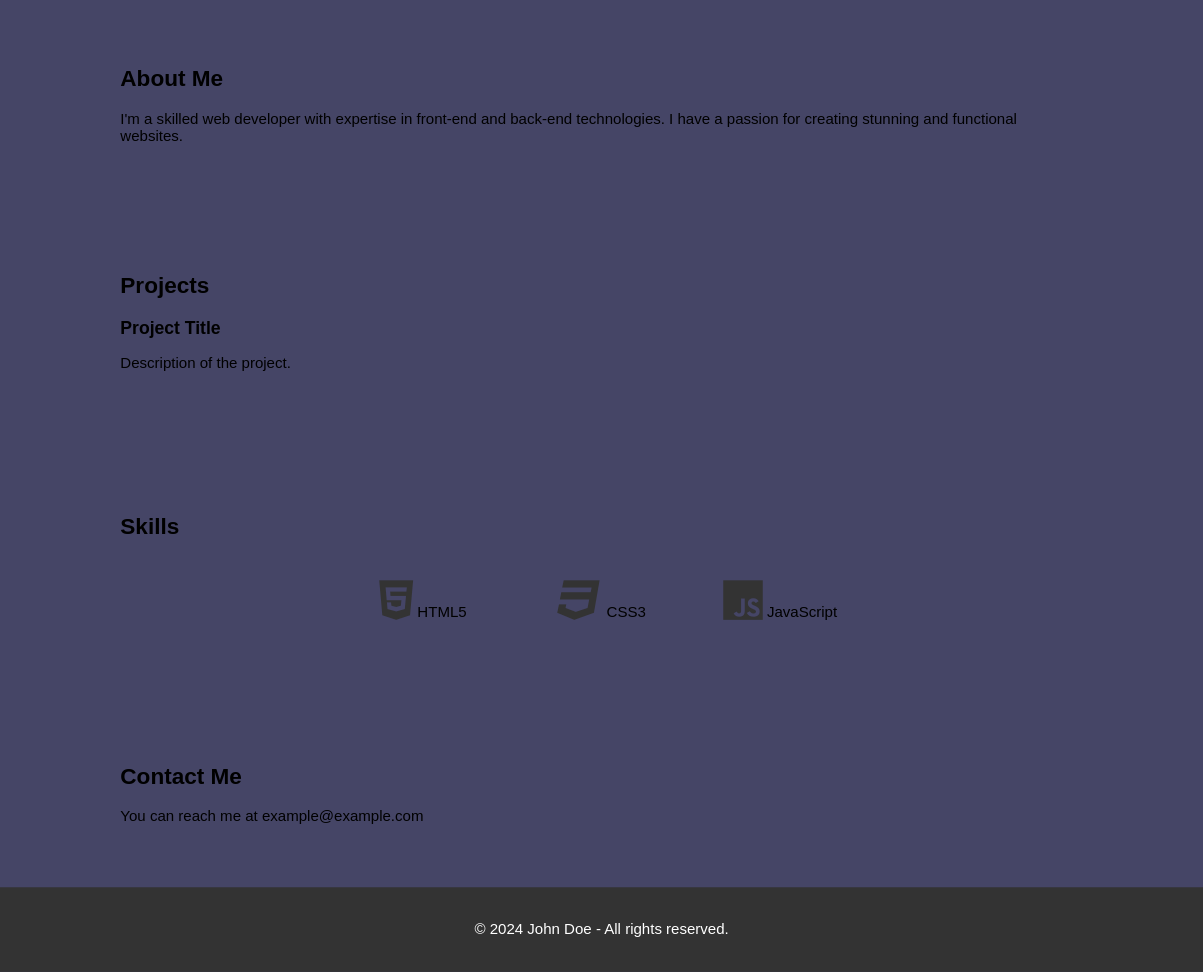
Repository: JaswanthT1/Portfolio
Page: index.html
The author's editor kept a copy of each file at every save. The page is drawn from the files as they stood at one save, then again after a run of saves.
The browser window is 1280 px wide. The pictures show the part of the page from y = 718 to 1752 px (the page is 1752 px tall), at 94% of full size.

Above is the page before, as saved 2024-04-25 08:35:15.
Not found: script.js

### index.html
<!DOCTYPE html>
<html lang="en">
  <head>
    <meta charset="UTF-8" />
    <meta name="viewport" content="width=device-width, initial-scale=1.0" />
    <title>My Premium Portfolio</title>
    <link rel="stylesheet" href="style.css" />
    <link
      rel="stylesheet"
      href="https://cdnjs.cloudflare.com/ajax/libs/font-awesome/5.15.4/css/all.min.css"
    />
  </head>
  <body>
    <header>
      <div class="container">
        <h1>John Doe</h1>
        <nav>
          <ul>
            <li><a href="#about">About</a></li>
            <li><a href="#projects">Projects</a></li>
            <li><a href="#skills">Skills</a></li>
            <li><a href="#contact">Contact</a></li>
          </ul>
        </nav>
      </div>
    </header>

    <section id="hero">
      <div class="hero-content">
        <h2>Welcome to My Premium Portfolio</h2>
        <p>I'm a passionate developer ready to bring your projects to life.</p>
        <a href="#contact" class="btn">Hire Me</a>
      </div>
    </section>

    <section id="about">
      <div class="container">
        <h2>About Me</h2>
        <p>
          I'm a skilled web developer with expertise in front-end and back-end
          technologies. I have a passion for creating stunning and functional
          websites.
        </p>
      </div>
    </section>

    <section id="projects">
      <div class="container">
        <h2>Projects</h2>
        <div class="project">
          <h3>Project Title</h3>
          <p>Description of the project.</p>
        </div>
        <!-- Add more projects here -->
      </div>
    </section>

    <section id="skills">
      <div class="container">
        <h2>Skills</h2>
        <div class="skills">
          <div class="skill">
            <i class="fab fa-html5"></i>
            <span>HTML5</span>
          </div>
          <div class="skill">
            <i class="fab fa-css3"></i>
            <span>CSS3</span>
          </div>
          <div class="skill">
            <i class="fab fa-js"></i>
            <span>JavaScript</span>
          </div>
          <!-- Add more skills here -->
        </div>
      </div>
    </section>

    <section id="contact">
      <div class="container">
        <h2>Contact Me</h2>
        <p>You can reach me at example@example.com</p>
      </div>
    </section>

    <footer>
      <div class="container">
        <p>&copy; 2024 John Doe - All rights reserved.</p>
      </div>
    </footer>

    <script src="script.js"></script>
  </body>
</html>

### style.css
/* Basic styles */

body {
    font-family: Arial, sans-serif;
    margin: 0;
    padding: 0;
    background-color:rgb(69, 69, 102);
}

.container {
    width: 80%;
    margin: 0 auto;
}

header {
    background-color: #333;
    color: #fff;
    padding: 20px 0;
}

header h1 {
    margin: 0;
}

nav ul {
    list-style: none;
    padding: 0;
}

nav ul li {
    display: inline;
    margin-right: 20px;
}

nav ul li a {
    color: #fff;
    text-decoration: none;
}

section {
    padding: 50px 0;
}

/* Hero section styles */

#hero {
    background-image: url('hero-bg.jpg');
    background-size: cover;
    background-position: center;
    color: #fff;
    text-align: center;
    padding: 200px 0;
}

.hero-content {
    max-width: 600px;
    margin: 0 auto;
}

.hero-content h2 {
    font-size: 36px;
    margin-bottom: 20px;
}

.hero-content p {
    font-size: 18px;
    margin-bottom: 40px;
}

.btn {
    display: inline-block;
    background-color: #333;
    color: #fff;
    padding: 10px 20px;
    text-decoration: none;
    border-radius: 5px;
}

.btn:hover {
    background-color: #555;
}

/* Project section styles */

.project {
    margin-bottom: 30px;
}

.project h3 {
    margin-top: 0;
}

/* Skills section styles */

.skills {
    display: flex;
    flex-wrap: wrap;
    justify-content: center;
}

.skill {
    text-align: center;
    margin: 0 20px;
    padding: 20px 0;
    width: 150px;
}

.skill i {
    font-size: 48px;
    margin-bottom: 10px;
    color: #333;
}

/* Footer styles */

footer {
    background-color: #333;
    color: #fff;
    text-align: center;
    padding: 20px 0;
}

After the next 2 saves:
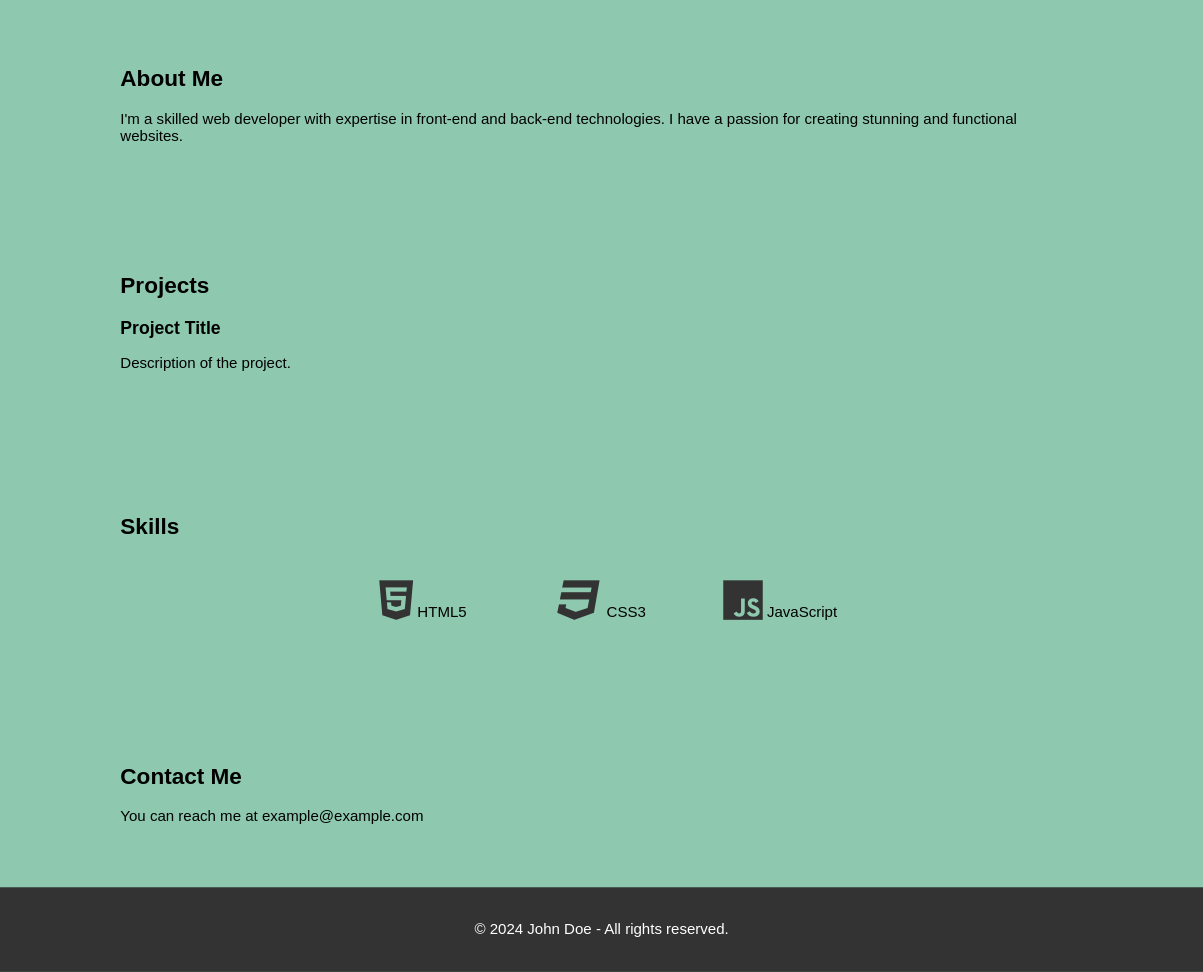
The 2 saves are shown as one change because they came seconds apart.
The last was saved 13 s later.
--- a/style.css
+++ b/style.css
@@ -4,7 +4,7 @@ body {
     font-family: Arial, sans-serif;
     margin: 0;
     padding: 0;
-    background-color:rgb(69, 69, 102);
+    background-color:rgb(141, 200, 175);
 }
 
 .container {
